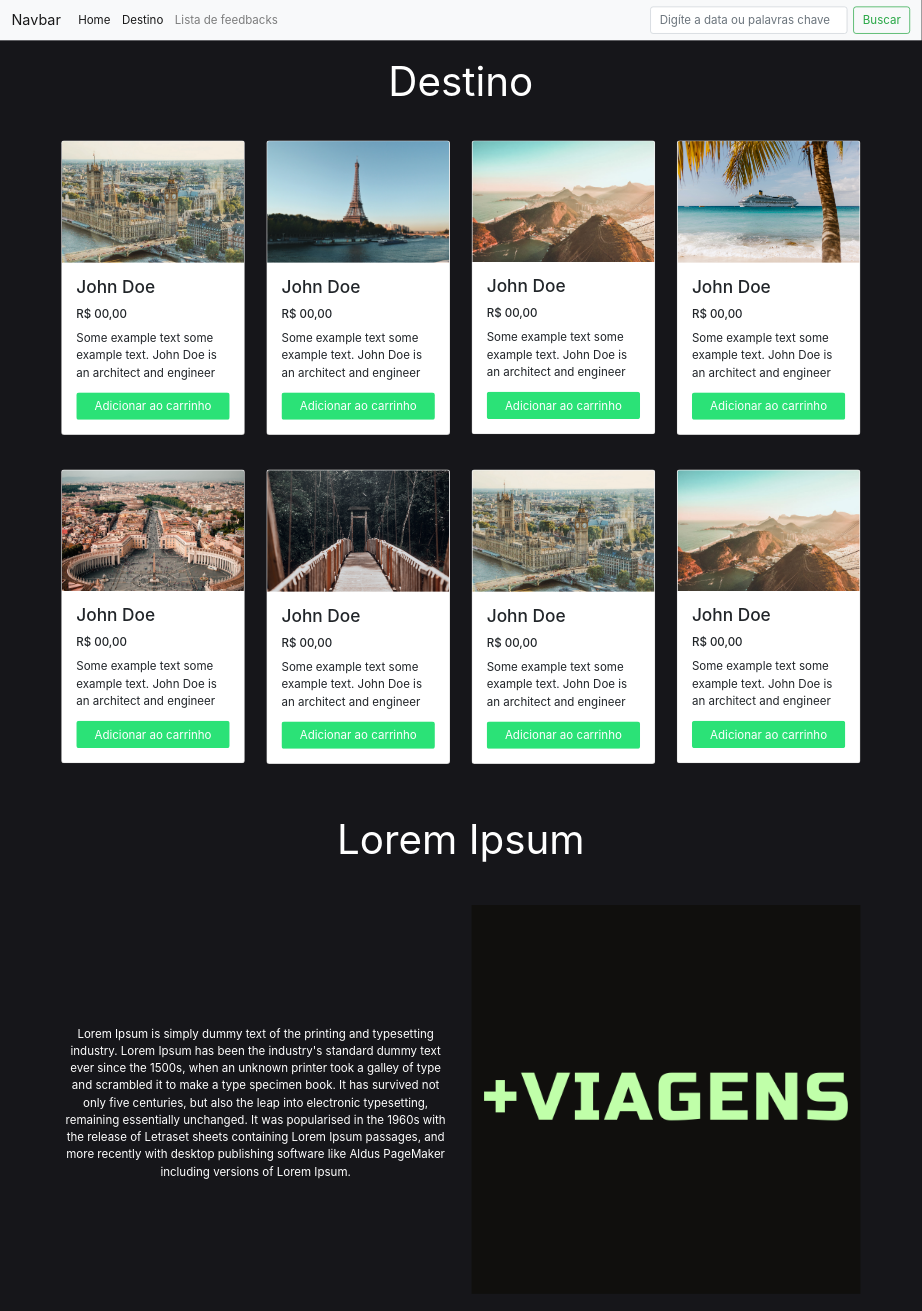
Repository: JulioSantooz/maisViagensSegundaVersao
Page: java-web(eclipse)/java-crud-mais-viagens/src/main/webapp/destino.html
An editor plug-in stored every save of this project. The page is shown before and after the next save, followed by the edit.
The browser window is 1280 px wide. The pictures show the whole page, at 72% of full size.
Some web libraries are served in a nearby version.

Above is the page before, as saved 2022-02-07 17:18:05.

After the next save:
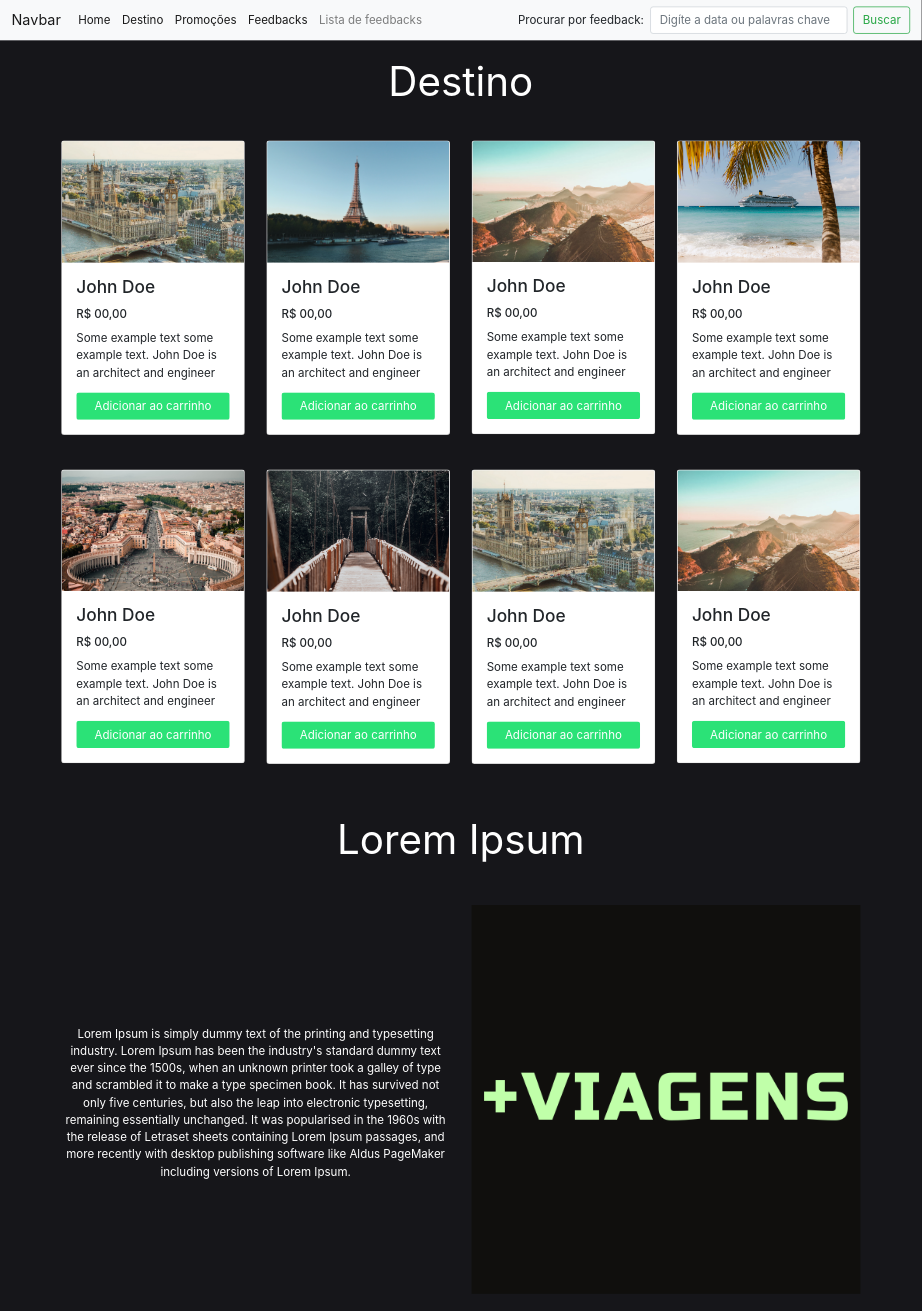
Saved 30 min 52 s later.
--- a/java-web(eclipse)/java-crud-mais-viagens/src/main/webapp/destino.html
+++ b/java-web(eclipse)/java-crud-mais-viagens/src/main/webapp/destino.html
@@ -7,30 +7,37 @@
 </head>
 <body style="background-color: #16161a;">
 
-	<nav class="navbar navbar-expand-lg navbar-light bg-light">
-	  <a class="navbar-brand" href="#">Navbar</a>
-	  <button class="navbar-toggler" type="button" data-toggle="collapse" data-target="#navbarSupportedContent" aria-controls="navbarSupportedContent" aria-expanded="false" aria-label="Toggle navigation">
-	    <span class="navbar-toggler-icon"></span>
-	  </button>
+<nav class="navbar navbar-expand-lg navbar-light bg-light">
+  <a class="navbar-brand" href="#">Navbar</a>
+  <button class="navbar-toggler" type="button" data-toggle="collapse" data-target="#navbarSupportedContent" aria-controls="navbarSupportedContent" aria-expanded="false" aria-label="Toggle navigation">
+    <span class="navbar-toggler-icon"></span>
+  </button>
 
-	  <div class="collapse navbar-collapse" id="navbarSupportedContent">
-	    <ul class="navbar-nav mr-auto">
-	      <li class="nav-item active">
-	        <a class="nav-link" href="index.html">Home <span class="sr-only">(current)</span></a>
-	      </li>
-	      <li class="nav-item active">
-	        <a class="nav-link" href="destino.html">Destino <span class="sr-only">(current)</span></a>
-	      </li>
-	      <li class="nav-item">
-	        <a class="nav-link" href="CreateAndFind">Lista de feedbacks</a>
-	      </li>
-	    </ul>
-	    <form action="CreateAndFind" method="GET" class="form-inline my-2 my-lg-0">
-	      <input name="pesquisa" class="form-control mr-sm-2" type="search" placeholder="Digíte a data ou palavras chave" aria-label="Search">
-	      <button class="btn btn-outline-success my-2 my-sm-0" type="submit">Buscar</button>
-	    </form>
-	  </div>
-	</nav>
+  <div class="collapse navbar-collapse" id="navbarSupportedContent">
+    <ul class="navbar-nav mr-auto">
+      <li class="nav-item active">
+        <a class="nav-link" href="index.html">Home <span class="sr-only">(current)</span></a>
+      </li>
+      <li class="nav-item active">
+        <a class="nav-link" href="destino.html">Destino <span class="sr-only">(current)</span></a>
+      </li>
+      <li class="nav-item active">
+        <a class="nav-link" href="promocao.html">Promoções <span class="sr-only">(current)</span></a>
+      </li>
+      <li class="nav-item active">
+        <a class="nav-link" href="destino.html">Feedbacks <span class="sr-only">(current)</span></a>
+      </li>
+      <li class="nav-item">
+        <a class="nav-link" href="CreateAndFind">Lista de feedbacks</a>
+      </li>
+    </ul>
+    <form action="CreateAndFind" method="GET" class="form-inline my-2 my-lg-0">
+      <span>Procurar por feedback: &nbsp</span>
+      <input name="pesquisa" class="form-control mr-sm-2" type="search" placeholder="Digíte a data ou palavras chave" aria-label="Search">
+      <button class="btn btn-outline-success my-2 my-sm-0" type="submit">Buscar</button>
+    </form>
+  </div>
+</nav>
 
     <div class="container">
 
